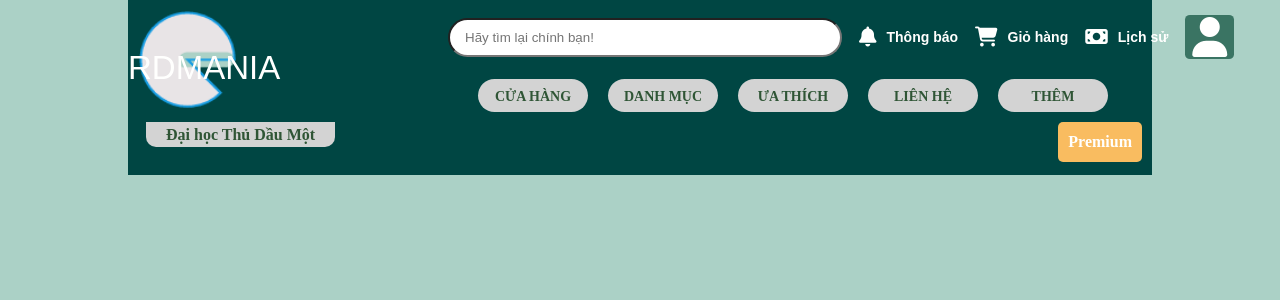
Repository: BinhTeach/rdmania
Page: Html/main.html
The author's editor kept a copy of each file at every save. The page is drawn from the files as they stood at one save, then again after a run of saves.
The browser window is 1280 px wide. The pictures show the whole page.
Some web fonts or font styles are not loaded; a fallback is used. Some web libraries are served in a nearby version.

Above is the page before, as saved 2024-03-01 00:41:09.

### Html/main.html
<!DOCTYPE html>
<html lang="en">
<head>
    <meta charset="UTF-8">
    <meta name="viewport" content="width=device-width, initial-scale=1.0">
    <title>RDMania Store</title>
    <link rel="stylesheet" href="../Css/styles.css">
    <script src="https://kit.fontawesome.com/45c2fe20a1.js" crossorigin="anonymous"></script>
    <link rel="shortcut icon" type="image/png" href="../Image/logo.png">
    <script src="../Script/main.js"></script>
    <link href="https://fonts.cdnfonts.com/css/algeria" rel="stylesheet">
</head>
<body>
     <div id="header">
          <div class="header--container">
               <img onclick="appearMenu()" src="../Image/logo.png" alt="">
               <div class="header__title--logo">RDMANIA</div>
               <nav>
                    <ul class="header__nav header__nav--up">
                         <li>
                              <input class="header__nav--find" type="text" placeholder="Hãy tìm lại chính bạn!">
                         </li>
                         <li class="header__nav--icon"><i class="fa-solid fa-bell"></i></li>
                         <li class="header__nav--titleSymbol">Thông báo</li>
                         <li class="header__nav--icon"><i class="fa-solid fa-cart-shopping"></i></i></li>
                         <li class="header__nav--titleSymbol">Giỏ hàng</li>
                         <li class="header__nav--icon " name="history-bill"><i class="fa-solid fa-money-bill"></i></li>
                         <li class="header__nav--titleSymbol">Lịch sử</li>
                         <li class="header__nav--icon fa-user--up" name='user'><i class="fa-solid fa-user"></i></li>
                    </ul>
                    <ul class="header__nav--center">
                         <li class="header__nav--menu"><a href="">Cửa hàng</a></li>
                         <li onClick="sideBar_appear()" class="header__nav--menu"><a href="">Danh mục</a>
                              <div id="sideBar__hidden">
                                   <details class="sideBar__Menu">
                                        <summary>Thắt lưng Rider</summary>
                                        <ul class="sideBar__dropList">
                                             <li class="siedeBar__dropList--sub"><a href="">Dx</a></li>
                                             <li class="siedeBar__dropList--sub"><a href="">Csm</a></li>
                                        </ul>
                                   </details>
                         `    </div>
                         </li>
                         <li class="header__nav--menu"><a href="">Ưa thích</a></li>
                         <li class="header__nav--menu"><a href="">Liên hệ</a></li>
                         <li class="header__nav--menu"><a href="">Thêm</a></li>
                    </ul>
               </nav>
          </div>
          <ul class="header__nav--down">
               <li class="header__nav--address">Đại học Thủ Dầu Một</li>
               <li class="header__nav--premium">Premium</li>
          </ul>
     </div>
</body>
<script>
     var bl = false;
     window.addEventListener('load', function(){
          if(innerWidth < 768 && bl === false){
               appearMenu();
               bl = true;
          }
          window.addEventListener('resize', function(){
               if(innerWidth < 768 && bl === false){
               appearMenu();
               bl = true;
          }
          })

     })
     function appearMenu() {
  var parentElement = document.getElementsByClassName('header--container')[0];
  var newDiv = document.createElement('div');
  parentElement.appendChild(newDiv);
  newDiv.classList.add('iconMenu');
  newDiv.innerHTML = '&#9776;';
  newDiv.id = "newMenu";
  newDiv.addEventListener('click', clickMenu);
  document.documentElement.style.setProperty('--set-Width', window.innerWidth + 'px');
     var element = document.getElementsByClassName('header__nav--icon')[0];
     }
function clickMenu() {
  let clickMenu = document.getElementsByClassName('header__nav--icon');
  for(let element of clickMenu){
     element.style.display = 'block';
  }
  let noneMenu = document.getElementsByClassName('iconMenu')[0];
  noneMenu.style.display ='none';
  let userUp = document.getElementsByClassName('header__nav--icon')[3];
  userUp.classList.add('fa-user--up');
}
function sideBar_appear(){
     var appear = document.getElementById('sideBar__hidden');
     appear.removeAttribute("display");
}

</script>
</html>

### Css/styles.css
*{
    margin:0px;
    padding: 0px;
}
@import url('https://fonts.cdnfonts.com/css/algeria');
ul{
    list-style: none;
}
@media screen and (max-width: 767.89px) {
    .header--container img{
        margin-left:-5px;
    }
    .header__title--logo{
        position: absolute;
        top:25px;
        left:110px;
    }
    nav ul li{
        display:none;
    }

    .header__nav--icon{
        margin-top: 70px;
    }
    #header{
        margin-top:10px;
        height: 130px;
        display:flex;
        flex-direction: column;
        align-items: start;
    }
    .header__nav--up{
        height: 100px;
        width: 100%;
        display: none;
    }
    .header__nav--down{
        position:absolute;
        flex-direction: start;
        top: 160px;
        align-items: center;
    }
    .header__nav--down li{
        margin-left: 15px;
        margin-top: -7px;
    }
    .header__nav--down li:nth-child(2){
        margin-left: 50px;
    }
    .header__nav--up{
        position: fixed;
        left:110px;
        top:5px;
    }
    .fa-user--up{
        position:fixed;
        top: -50px;
        right: 5px;
        font-size: 100px;
    }
    .header__nav--premium{
        position: fixed;
        right:0;
        top:130px;
    }
    .header__nav--address{
        border-radius:10px;
        position: absolute;
        top:-10px;
        left: 20px;
        white-space:nowrap;
    }
}
.iconMenu{
    font-size: 30px;
    color:white;
    display: flex;
    padding-top: 5px;
    align-items: center;
    cursor:pointer;
    position: absolute;
    left: 300px;
    top: 58px;
}
@media screen and (min-width: 768px) and (max-width:1023.98px) {
    #header{
        max-width: 100vw;
    }
    .header--container img{
        margin-left:10px;
        margin-top:30px;
        position: relative;
        left:0;
        top:15px;
    }
    .header__title--logo{
        margin-top: 10px;
        white-space: wrap;
        text-wrap: wrap;
        flex:0.5;
    }
    nav{
        justify-content: end;
        margin-top:20px;
        flex:2;
    }
    .fa-user--up{
        position: fixed;
        margin-right: 5px;
        font-size: 100px;
        right:0;
    }
    .header__nav--premium{
        margin-top: 0px;
    }
    .header__nav--address{
        margin-top:10px;
        border-top-right-radius:10px;
    }
    nav ul.header__nav--up li input,.header__nav--menu:nth-child(3), .header__nav--menu:nth-child(5){
        display:none;
    }
    .header__nav--icon, .header__nav--menu{
        margin-left: 20px;
    }
    .iconMenu{
        display: none;
    }
}
@media screen and (min-width: 1024px) {
    .iconMenu{
        display: none;
    }
}
body{
    background-color: #ABD1C6;
    color: #fffffe;
}

#header{
    position:fixed;
    top:0;
    left: 0;
    right: 0;
    margin: 0 auto;
    width: 1024px;
    background-color: #004643;
    height: 175px;
}
.header--container{
    display: flex;
}
.header--container img{
    border-radius: 100%;
    margin-left: 10px;
    margin-top: 10px;
    width: 100px;
    height: 100px;
}
nav{
    display:flex;
    flex-direction: column;
    margin-left:200px;
}
.header__title--logo{
    font-family: 'Algeria', sans-serif;
    align-self: center;
    font-size: 33px;
    text-align: center;
    padding-top: 15px;
    line-height: 1.05;
    white-space: wrap;
    position: absolute;
    left: 0;
}
.header__nav{
    display:flex;
    flex-direction: row;
    padding: 5px;
    align-items: center;
}
.header__nav--up{
    padding-top:10px;
}
.header__nav>li{
    padding:5px;
    text-wrap:nowrap;
}
.header__nav li:nth-child(even){
    padding-left: 12px;
}
.header__nav--find{
    border-radius: 30px;
    flex: 1;
    width: 390px;
    height: 35px;
}
.header__nav--find::placeholder{
    padding-left: 15px;
    font-family: Arial, Helvetica, sans-serif;
}
.header__nav--icon{
    font-size:20px;
    cursor:pointer;
}
.header__nav--titleSymbol{
    font-family: Arial, Helvetica, sans-serif;
    font-size: 14px;
    cursor:pointer;
    font-weight: 700;
}
.fa-user{
    font-size: 40px;
    background-color: #3a7463;
    padding: 2px 7px;
    border-radius: 10%;
}
.header__nav--center{
    display:flex;
}

.header__nav--menu:nth-child(1){
    margin-left: 40px;
}
.header__nav--menu a{
    text-decoration: none;
    text-transform: uppercase;
    font-size: 14px;
    font-weight: 600;
    color: #2f5535;
    display: flex;
    align-items: center;
    justify-content: center;
    position: relative;
}

.header__nav--down{
    display:flex;
    justify-content: space-between;
}
.header__nav--address{
    padding: 0 20px;
    border-bottom-left-radius: 10px;
    border-bottom-right-radius: 10px;
    background-color: #D3D3D3;
    color:#2f5535;
    height: 25px;
    display: flex;
    align-items: center;
    font-weight: 600;
    margin-left: 18px;
}
.header__nav--premium{
    height:40px;
    background-color: #F9BC60;
    color: #fffffe;
    font-weight: 600;
    margin-right:10px;
    padding:0 10px;
    display:flex;
    align-items: center;
    justify-content: center;
    border-radius: 5px;
    cursor:cell;
}
.header__nav--menu{
    padding: 0 15px;
    padding-top: 10px;
    border-radius: 30px;
    background-color:#D3D3D3;
    width: 80px;
    height: 23px;
    text-align:center;
    margin:10px;

}
.header__nav--menu:nth-child(2){
    position: relative;
}
#sideBar__appear{
    display:block;
}
#sideBar__hidden{
    display:none;
    position: absolute;
}
.sideBar__Menu{

}
.sideBar__dropList{

}
.siedeBar__dropList--sub{

}

### Script/main.js
var S = 'xin chào bạn';
S.slice(4);
console.log(S.charAt(2, 5));

After the next 3 saves:
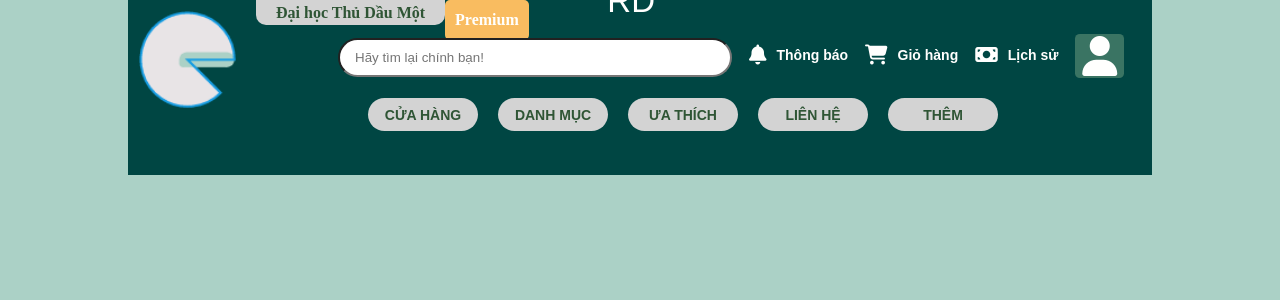
The 3 saves are shown as one change because they came seconds apart.
The last was saved 7 s later.
--- a/Html/main.html
+++ b/Html/main.html
@@ -14,7 +14,7 @@
      <div id="header">
           <div class="header--container">
                <img onclick="appearMenu()" src="../Image/logo.png" alt="">
-               <div class="header__title--logo">RDMANIA</div>
+               <div class="header__title--logo">RD</MANIA</div>
                <nav>
                     <ul class="header__nav header__nav--up">
                          <li>

After the 2 saves that followed:
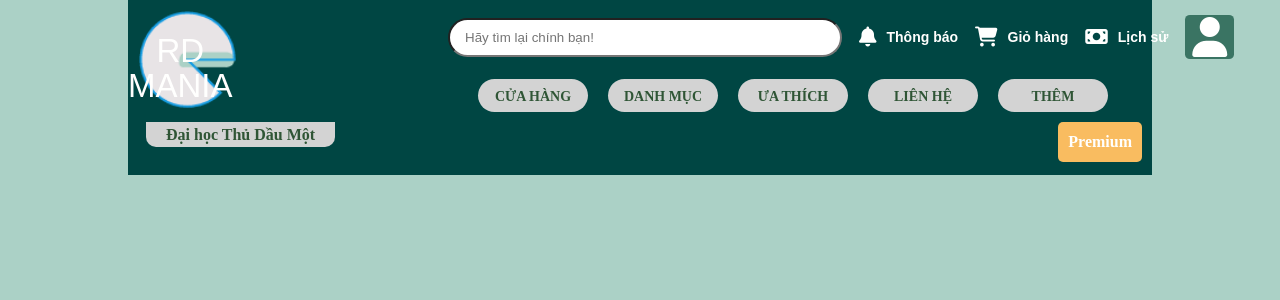
The 2 saves are shown as one change because they came seconds apart.
The last was saved 8 s later.
--- a/Html/main.html
+++ b/Html/main.html
@@ -14,7 +14,7 @@
      <div id="header">
           <div class="header--container">
                <img onclick="appearMenu()" src="../Image/logo.png" alt="">
-               <div class="header__title--logo">RD</MANIA</div>
+               <div class="header__title--logo">RD</br>MANIA</div>
                <nav>
                     <ul class="header__nav header__nav--up">
                          <li>
